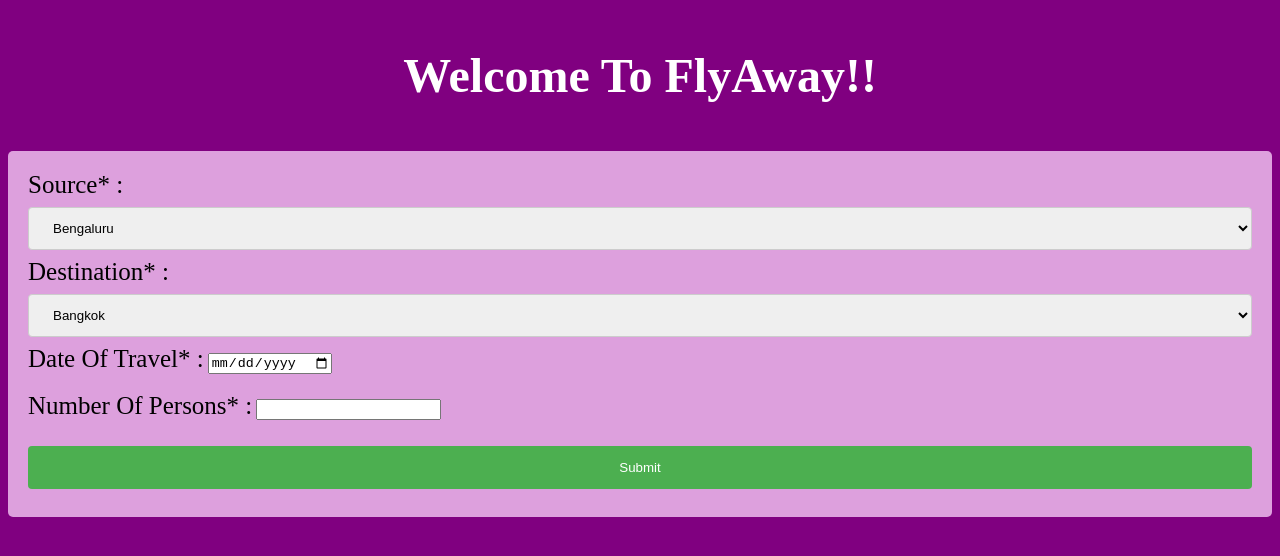
Repository: KanimozhiThandapani/Phase2AirlineBookingProject
Page: http://localhost/AirlineBooking/homepage.jsp
These files come from the project's save history. The page is drawn as it stood at one moment and after the next save; the edit follows.
The browser window is 1280 px wide. The pictures show the whole page.
The page is served by Tomcat 9. Other server files are loaded and not shown.

Above is the page before, as saved 2022-04-22 10:09:10.

### AirlineBooking/WebContent/homepage.jsp
<!DOCTYPE html>
<html>
<style>
input[type=text], select {
  width: 100%;
  padding: 12px 20px;
  margin: 8px 0;
  display: inline-block;
  border: 1px solid #ccc;
  border-radius: 4px;
  box-sizing: border-box;
}

input[type=submit] {
  width: 100%;
  background-color: #4CAF50;
  color: white;
  padding: 14px 20px;
  margin: 8px 0;
  border: none;
  border-radius: 4px;
  cursor: pointer;
  text-align: center;
}

input[type=submit]:hover {
  background-color: #45a049;
  text-align: center;
}

div {
  border-radius: 5px;
  background-color: plum;
  padding: 20px;
}

h3 {
  text-align: center;
  font-size: 3em;
  color: white;
}
</style>
<body style="background-color:purple;">


<h3>Welcome To FlyAway!!</h3>

<div>
  <form action="flightDetails" method="get">

    <label for="source" style="font-size: 25px">Source* :</label>
    <select id="source" name="source">
      <option value="bengaluru">Bengaluru</option>
      <option value="chennai">Chennai</option>
      <option value="kochi">Kochi</option>
      <option value="mumbai">Mumbai</option>
    </select><br>

    <label for="destination" style="font-size: 25px">Destination* :</label>
    <select id="destination" name="destination">
      <option value="bangkok">Bangkok</option>
      <option value="bengaluru">Bengaluru</option>
      <option value="mumbai">Mumbai</option>
      <option value="newDelhi">New Delhi</option>
    </select><br>

    <label for="dateOfTravel" style="font-size: 25px">Date Of Travel* :</label>
    <input type="date" id="dot" name="dot" required><br><br>

    <label for="numberOfPersons" style="font-size: 25px">Number Of Persons* :</label>
    <input type="number" name="numberOfPersons" required><br><br>

    <input type="submit" value="Submit">
  </form>
</div>

</body>
</html>

After the next save:
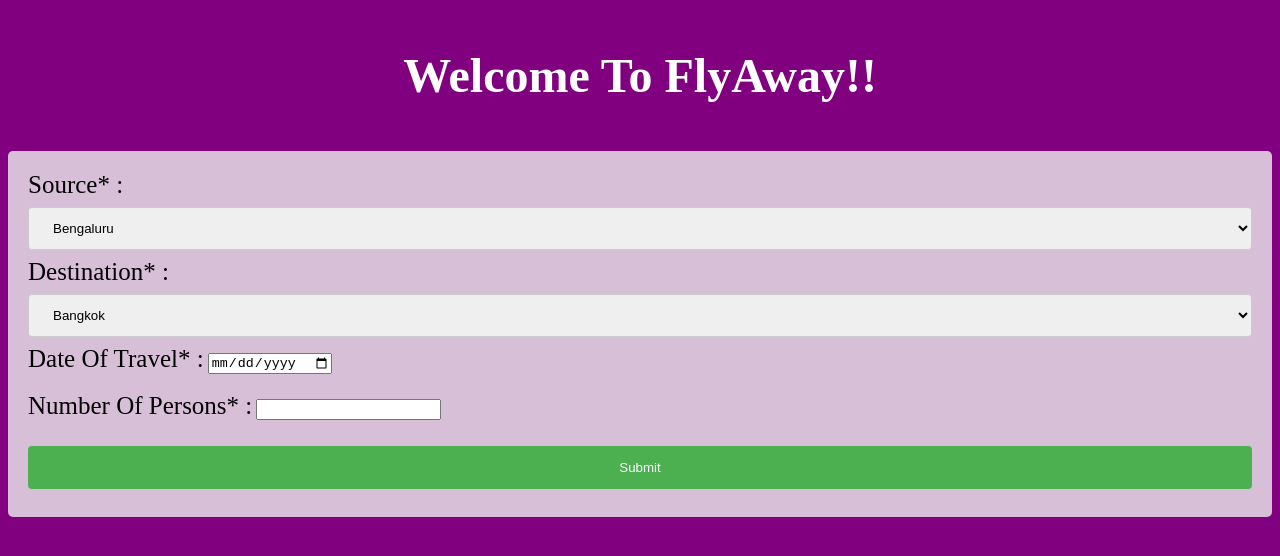
Saved 55 s later.
--- a/AirlineBooking/WebContent/homepage.jsp
+++ b/AirlineBooking/WebContent/homepage.jsp
@@ -30,7 +30,7 @@ input[type=submit]:hover {
 
 div {
   border-radius: 5px;
-  background-color: plum;
+  background-color: thistle;
   padding: 20px;
 }
 
